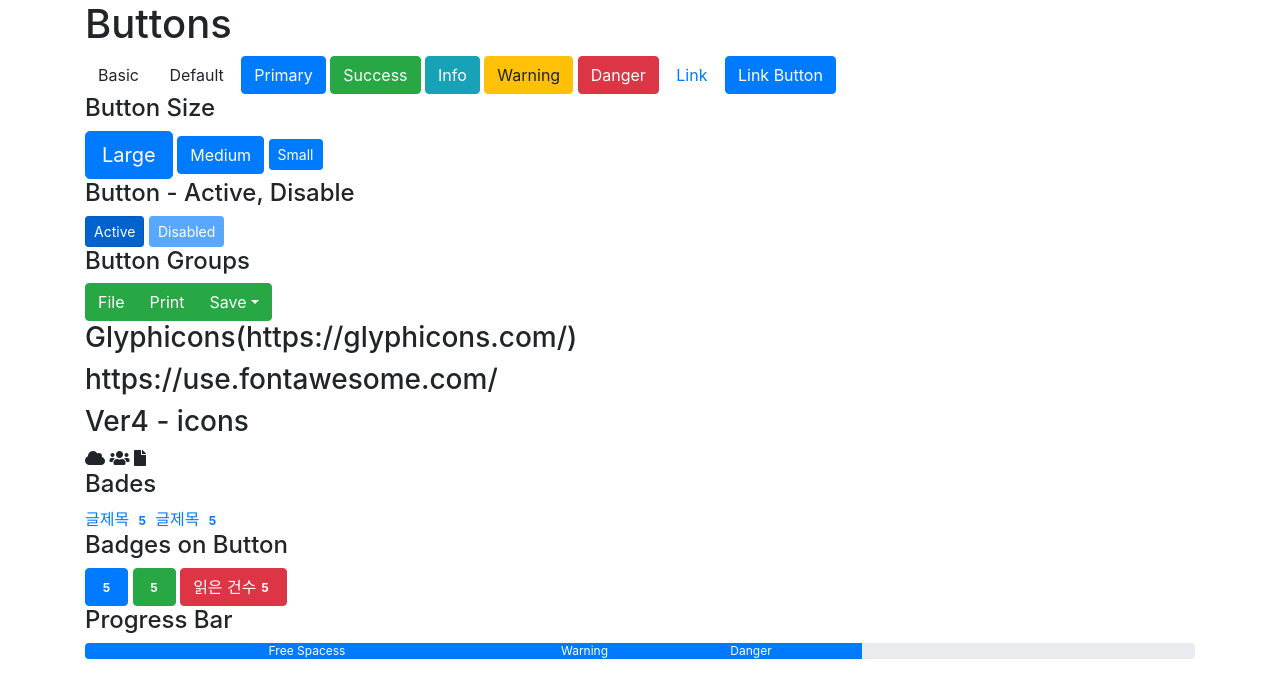
Repository: Junhee1412/front_end_practice
Page: jquery, bootstrap/js05_bootstrap/public/js04_buttons.html
The author's editor kept a copy of each file at every save. The page is drawn from the files as they stood at one save, then again after the next save.
The browser window is 1280 px wide. The pictures show the whole page.

Above is the page before, as saved 2022-11-16 02:13:33.

After the next save:
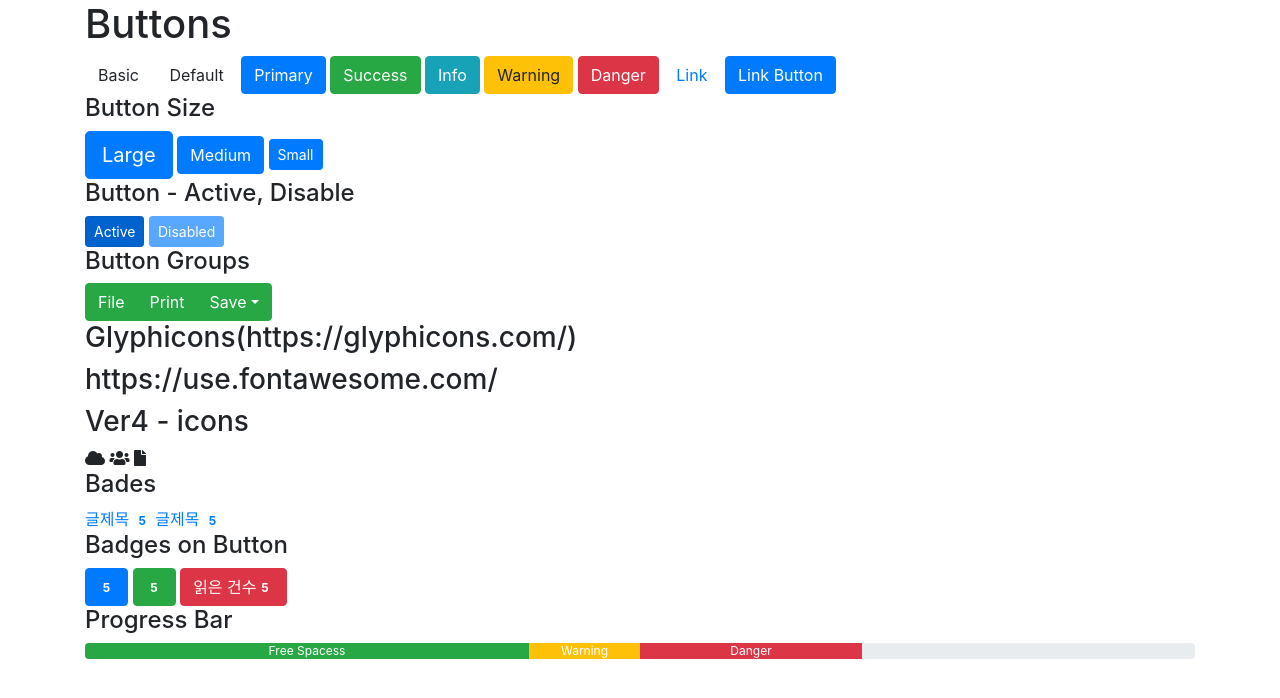
Saved 62 s later.
--- a/jquery, bootstrap/js05_bootstrap/public/js04_buttons.html
+++ b/jquery, bootstrap/js05_bootstrap/public/js04_buttons.html
@@ -68,9 +68,9 @@
 
 		<h4>Progress Bar</h4>
 		<div class="progress">
-			<div class="progress-bar progress-bar-success" style="width:40%">Free Spacess</div>
-			<div class="progress-bar progress-bar-warning" style="width:10%">Warning</div>
-			<div class="progress-bar progress-bar-danger" style="width:20%">Danger</div>
+			<div class="progress-bar bg-success" style="width:40%">Free Spacess</div>
+			<div class="progress-bar bg-warning" style="width:10%">Warning</div>
+			<div class="progress-bar bg-danger" style="width:20%">Danger</div>
 		</div>
 	</div>
 </body>
